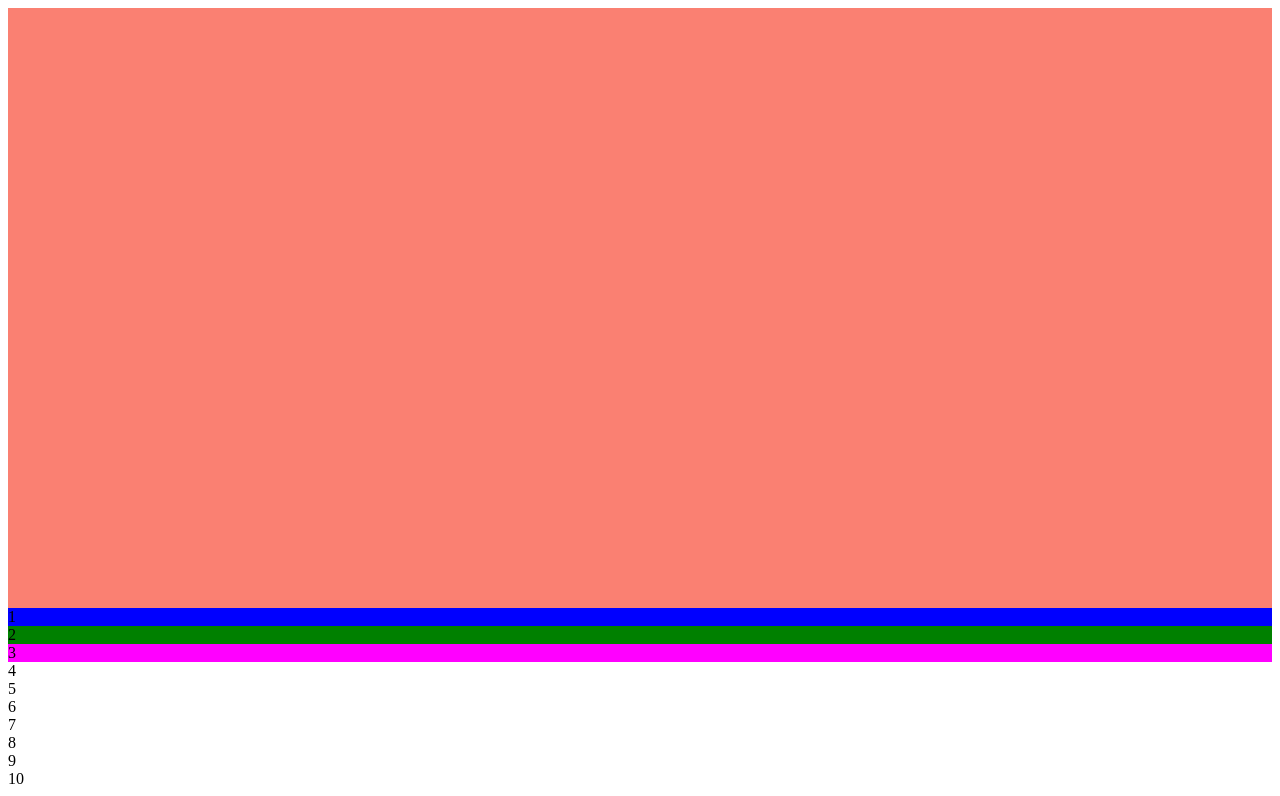
Repository: DinkarRavi/Dinkar_Coding
Page: 22aug24/grid.html
An editor plug-in stored every save of this project. The page is shown before and after a run of saves, followed by the edit.
The browser window is 1280 px wide. The pictures show the whole page.

Above is the page before, as saved 2024-08-22 14:57:01.

After the next 2 saves:
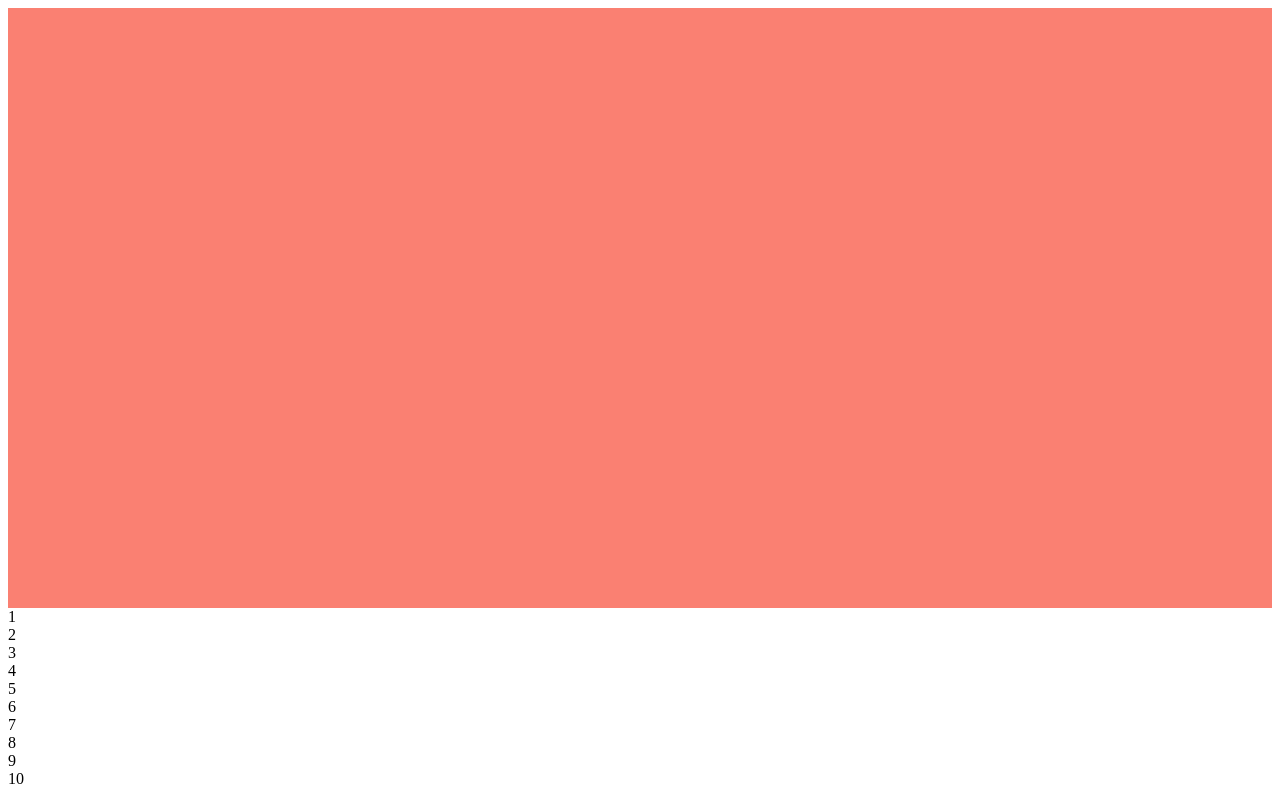
The 2 saves are shown as one change because they came seconds apart.
The last was saved 13 s later.
--- a/22aug24/grid.css
+++ b/22aug24/grid.css
@@ -4,7 +4,7 @@ div{
 border: 2px;
 background-color: salmon;
 height: 600px;
-}
+
 
 div:nth-child(1) {
   background: red;
@@ -18,4 +18,4 @@ div:nth-child(2) {
   div:nth-child(4) {
     background: magenta;
   }
-}
+}}
